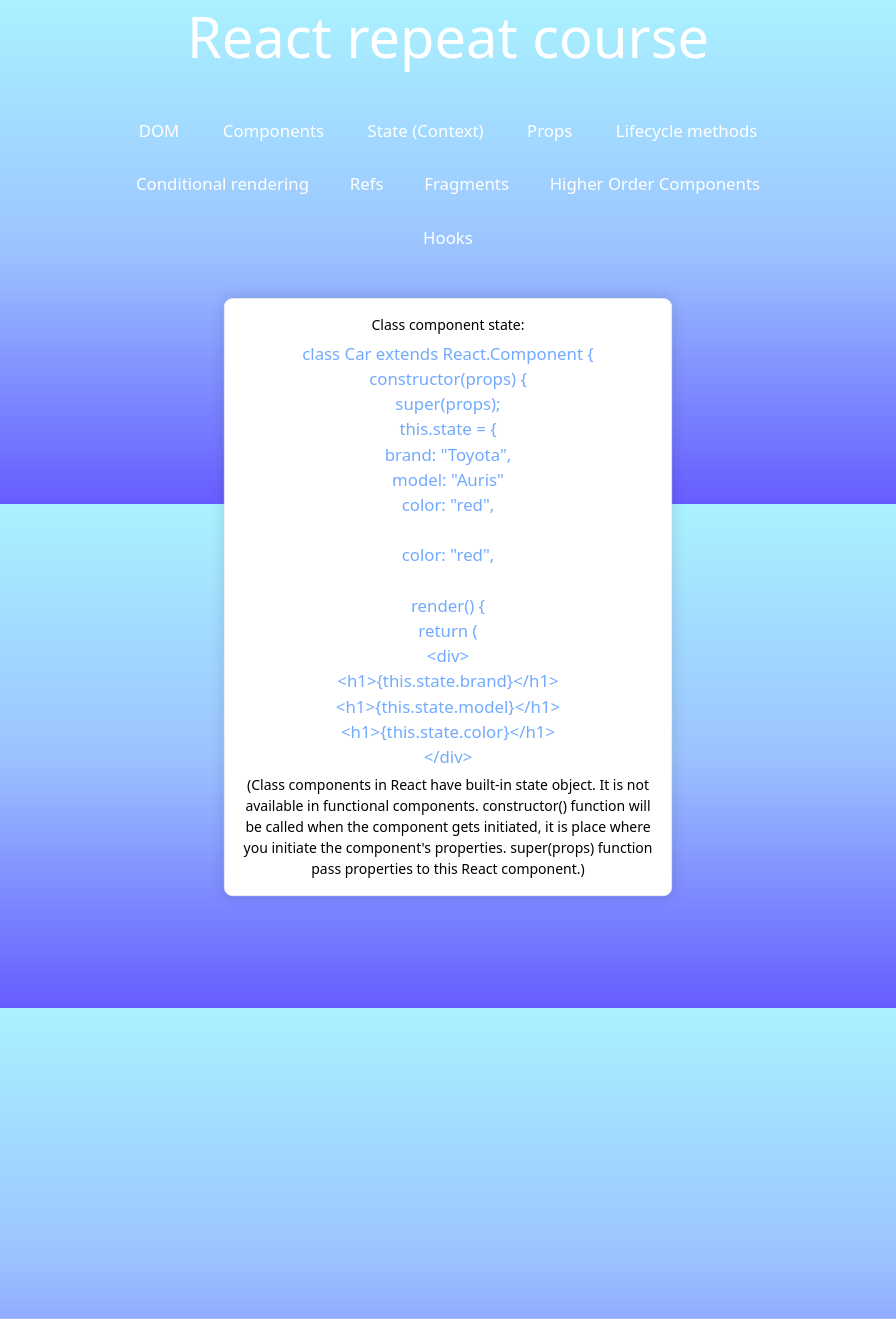
Repository: michalgornicki/github
Page: /#/State
These files come from the project's save history. The page is drawn as it stood at one moment and after the next save; the edit follows.
The browser window is 1280 px wide. The pictures show the whole page, at 70% of full size.
Backgrounds fixed to the window are drawn as part of the page. The project was rebuilt for these pictures with package versions that can differ from the ones it lists, and the page was loaded fresh each time. Also part of the build but not shown: src/components/dom.jsx, src/components/components.jsx, src/components/props.jsx, src/components/lifecycle.jsx, src/components/conditional.jsx, src/components/refs.jsx, src/components/fragments.jsx, src/components/hoc.jsx and 1 more.

Above is the page before, as saved 2022-02-07 13:01:16.

After the next save:
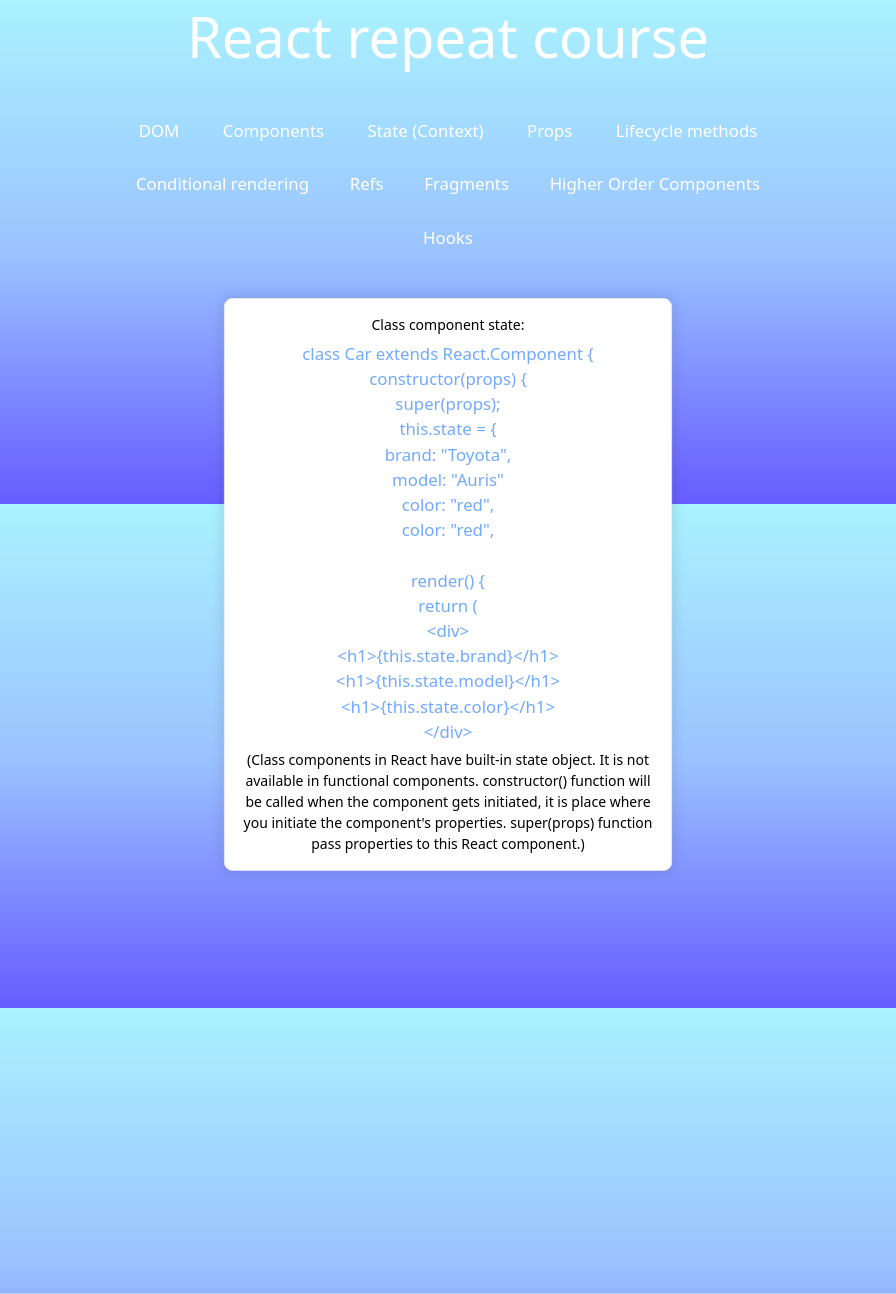
Saved 4 s later.
--- a/src/components/state.jsx
+++ b/src/components/state.jsx
@@ -11,7 +11,7 @@
           {`this.state = {`} <br />
           {`brand: "Toyota",`} <br />
           {`model: "Auris"`} <br />
-          {`color: "red",`} <br /> <br />
+          {`color: "red",`} <br />
           {`color: "red",`} <br /> <br />
           {`render() {`}{" "} <br />
           {`return (`}{" "} <br />
